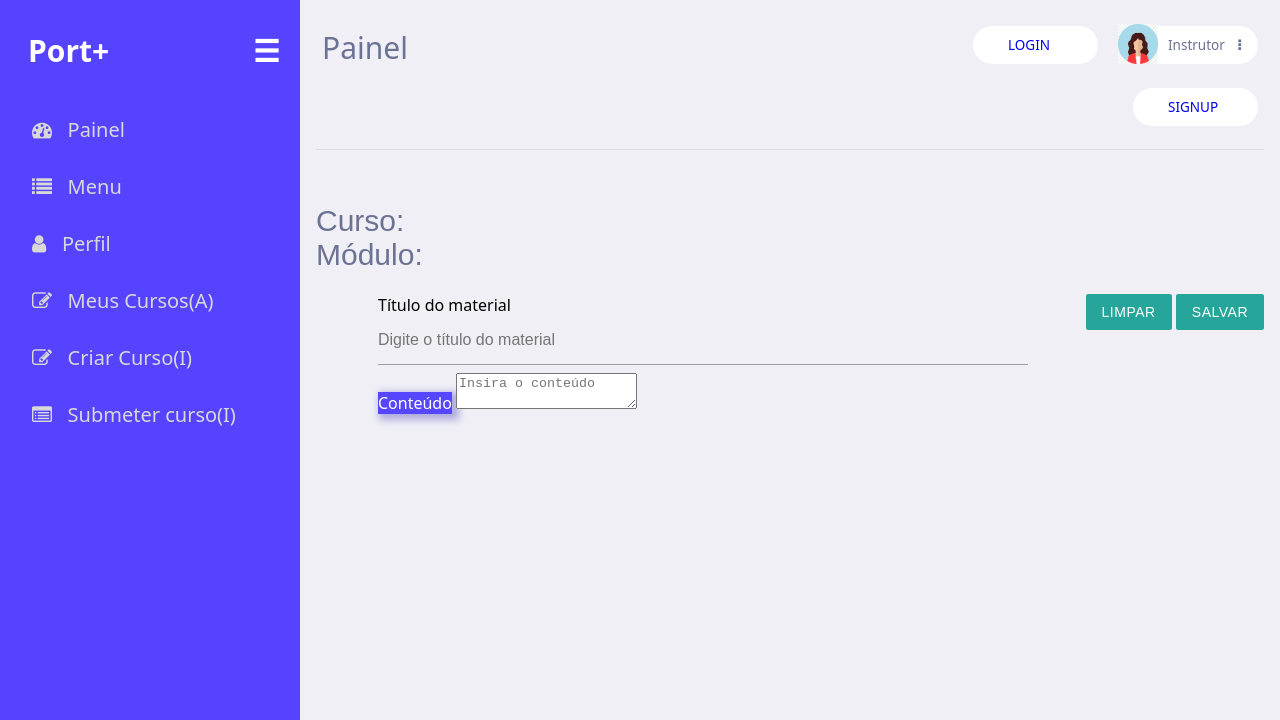
Repository: LauraMViana/Port-plus
Page: http://localhost/portPlus/criarCurso/addConteudo
The author's editor kept a copy of each file at every save. The page is drawn from the files as they stood at one save, then again after the next save.
The browser window is 1280 px wide. The pictures show the whole page.
The page is this project's Thymeleaf template; nobody is signed in. The template is opened directly, without the code that normally fills it, so the values that code supplies are empty.

Above is the page before, as saved 2021-12-28 14:50:07.

### port/src/main/resources/templates/portPlus/criarCurso/addConteudo.html
<!DOCTYPE html >
<html xmlns:th="http://www.thymeleaf.org">
<head>
<meta charset="UTF-8">
<!-- Compiled and minified CSS -->
<!--
<link rel="stylesheet"
	href="https://cdnjs.cloudflare.com/ajax/libs/materialize/1.0.0/css/materialize.min.css"> -->
<link href="https://fonts.googleapis.com/icon?family=Material+Icons"
	rel="stylesheet">
<link rel="stylesheet" href="/Style.css">
<link rel="stylesheet"
	href="https://cdnjs.cloudflare.com/ajax/libs/font-awesome/4.7.0/css/font-awesome.min.css">
<title>PortPlus</title>
</head>
<body>
	<div th:insert="~{menu :: menu}"></div>
	<div id="main">
		<h6>
			Curso: <span th:text="${curso.titulo}"></span> <br>Módulo: <span
				th:text="${modulo.tituloMod}"></span>
		</h6>
		<br>
		<form
			th:action="@{/portPlus/criarCurso/{idC}/{idMod} (idC=${curso.id},idMod=${modulo.id})}"
			method="post">
			<div class="input-field col s9">
				<label for="tituloM">Título do material</label><input
					placeholder="Digite o título do material" id="tituloM" type="text"
					pattern="[a-zA-Z0-9_?!&%$()-]+" class="validate"
					th:field="${material.tituloMat}">
				<div>
					<label for="mc" class="active">Conteúdo</label>
					<textarea placeholder="Insira o conteúdo" id="mc" class="validate"
						th:field="${material.conteudo}"></textarea>
				</div>
			</div>
			<div id="btn">
				<button class="btn waves-effect waves-light align-center"
					type="reset" name="action">Limpar</button>
				<button class="btn waves-effect waves-light align-center"
					type="submit" name="action">Salvar</button>
			</div>
		</form>
	</div>
	<script
		src="https://ajax.googleapis.com/ajax/libs/jquery/3.5.1/jquery.min.js"></script>
	<script>
		$(".menu").click(function() {
			$("#mySidenav").css('width', '70px');
			$("#main").css('margin-left', '70px');
			$(".logo").css('display', 'none');
			$(".logo1").css('display', 'block');
			$(".logo span").css('visibility', 'visible');
			$(".logo span").css('margin-left', '-10px');
			$(".icon-a").css('visibility', 'hidden');
			$(".icon-a").css('height', '25px');
			$(".icons").css('visibility', 'visible');
			$(".icons").css('margin-left', '-8px');
			$(".menu1").css('display', 'block');
			$(".menu").css('display', 'none');
		});

		$(".menu1").click(function() {
			$("#mySidenav").css('width', '300px');
			$("#main").css('margin-left', '300px');
			$(".logo").css('visibility', 'visible');
			$(".logo").css('display', 'block');
			$(".icon-a").css('visibility', 'visible');
			$(".icons").css('visibility', 'visible');
			$(".menu").css('display', 'block');
			$(".menu1").css('display', 'none');
		});
	</script>
	<script>
		$(document).ready(function() {
			$(".profile p").click(function() {
				$(".profile-div").toggle();
			});
		});
	</script>
</body>
</body>
</html>

### port/src/main/resources/templates/menu.html
<!DOCTYPE html >
<html xmlns:th="http://www.thymeleaf.org">
<head>
<meta charset="UTF-8">
<link rel="stylesheet" href="/Style.css" type="text/css" />
<link rel="stylesheet"
	href="https://cdnjs.cloudflare.com/ajax/libs/font-awesome/4.7.0/css/font-awesome.min.css">
<title>Port+</title>
</head>
<body>
	<div th:fragment="menu">
		<div id="mySidenav" class="sidenav">
			<p class="logo">
				Port+ <span class="menu">&#9776;</span>
			</p>
			<p class="logo1">
				<span class="menu1">&#9776;</span>
			</p>
			<a href="/" class="icon-a"> <i class="fa fa-dashboard icons"></i>
				&nbsp;&nbsp;Painel
			</a> <a href="/" class="icon-a"><i class="fa fa-list icons"></i>
				&nbsp;&nbsp;Menu</a> <a href="#" class="icon-a"><i
				class="fa fa-user icons"></i> &nbsp;&nbsp;Perfil</a> <a
				href="/portPlus/criarCurso" class="icon-a"><i
				class="fa fa-edit icons"></i> &nbsp;&nbsp;Meus Cursos(A)</a> <a
				href="/portPlus/criarCurso" class="icon-a"><i
				class="fa fa-edit icons"></i> &nbsp;&nbsp;Criar Curso(I)</a><a
				href="/portPlus/meusCursos" class="icon-a"><i
				class="fa fa-list-alt icons"></i> &nbsp;&nbsp;Submeter curso(I)</a>
		</div>

		<div id="main">
			<div class="head">
				<div class="col-div-6">
					<p class="nav">Painel</p>
				</div>
				<div class="col-div-6">
					<div class="profile">
						<img src="/Imagens/usuario.png" class="pro-img circle" />
						<p>
							Instrutor <i class="fa fa-ellipsis-v dots" aria-hidden="true"></i>
						</p>
						<div class="profile-div">
							<p>
								<a href="#" class="icon-a"><i class="fa fa-user"></i>
									&nbsp;&nbsp;Perfil
							</p>
							<p>
								<i class="fa fa-power-off"></i> &nbsp;&nbsp;Sair
							</p>
						</div>
					</div>
					<div class="login">
						<p>
							<a href="/portPlus/login">LOGIN</a>
						</p>
						<p>
							<a href="/portPlus/signup">SIGNUP</a>
						</p>
					</div>
				</div>
				<div class="clearfix"></div>
			</div>
			<div class="clearfix"></div>
			<br />
		</div>
	</div>
	<script
		src="https://ajax.googleapis.com/ajax/libs/jquery/3.5.1/jquery.min.js"></script>
	<script>
		$(".menu").click(function() {
			$("#mySidenav").css('width', '70px');
			$("#main").css('margin-left', '70px');
			$(".logo").css('display', 'none');
			$(".logo1").css('display', 'block');
			$(".logo span").css('visibility', 'visible');
			$(".logo span").css('margin-left', '-10px');
			$(".icon-a").css('visibility', 'hidden');
			$(".icon-a").css('height', '25px');
			$(".icons").css('visibility', 'visible');
			$(".icons").css('margin-left', '-8px');
			$(".menu1").css('display', 'block');
			$(".menu").css('display', 'none');
		});

		$(".menu1").click(function() {
			$("#mySidenav").css('width', '300px');
			$("#main").css('margin-left', '300px');
			$(".logo").css('visibility', 'visible');
			$(".logo").css('display', 'block');
			$(".icon-a").css('visibility', 'visible');
			$(".icons").css('visibility', 'visible');
			$(".menu").css('display', 'block');
			$(".menu1").css('display', 'none');
		});
	</script>
	<script>
		$(document).ready(function() {
			$(".profile p").click(function() {
				$(".profile-div").toggle();

			});

			/* $(".noti-icon").click(function() {
					$(".notification-div").toggle();
				}); */

		});
	</script>
</body>
</html>

### port/src/main/resources/static/Style.css
/* Laura */
body {
	margin: 0px;
	padding: 0px;
	background-color: #efeff5;
	font-family: system-ui;
}

.clearfix {
	clear: both;
}

.logo {
	margin: 0px;
	margin-left: 28px;
	font-weight: bold;
	color: white;
	margin-bottom: 30px;
}

.sidenav {
	height: 100%;
	width: 300px;
	position: fixed;
	z-index: 1;
	top: 0;
	left: 0;
	background-color: #5643ff;
	overflow: hidden;
	padding-top: 30px;
	transition: ease-in-out 0.3s;
}

.menu {
	float: right;
	margin-right: 20px;
	cursor: pointer;
}

.logo1 {
	margin: 0px;
	margin-left: 20px;
	font-weight: bold;
	color: white;
	margin-bottom: 50px;
	display: none;
	cursor: pointer;
}

.menu1 {
	float: left;
	display: none;
}

.sidenav a {
	padding: 15px 8px 15px 32px;
	text-decoration: none;
	font-size: 20px;
	color: #d8d8d8;
	display: block;
}

.sidenav a:hover {
	color: #f1f1f1;
	background-color: #2c1ed6;
}

.sidenav {
	top: 0;
	right: 25px;
	font-size: 30px;
}

#main {
	padding: 16px;
	margin-left: 300px;
}

.head {
	padding: 0px 6px;
	border-bottom: 1px solid #d6d6d8b8;
	padding-bottom: 10px;
}

.col-div-6 {
	width: 50%;
	float: left;
}

.login p {
	color: #6c7293;
	font-weight: 500;
	margin-left: 35px;
	margin-top: 10px;
	font-size: 13.5px;
	background-color: white;
	padding: 10px;
	border-radius: 25px;
	padding-left: 35px;
	width: 80px;
	float: right;
	cursor: pointer;
}

.profile {
	display: inline-block;
	float: right;
	width: 160px;
}

.pro-img {
	float: left;
	width: 40px;
	margin-top: 8px;
	margin-left: 20px;
}

.profile p {
	color: #6c7293;
	font-weight: 500;
	margin-left: 35px;
	margin-top: 10px;
	font-size: 13.5px;
	background-color: white;
	padding: 10px;
	border-radius: 25px;
	padding-left: 35px;
	cursor: pointer;
}

.dots {
	margin-left: 10px;
}

.profile-div {
	background-color: white;
	width: 160px;
	border: 1px solid #ddd;
	padding: 10px 0px;
	right: 2%;
	border-radius: 5px;
	position: absolute;
	z-index: 9;
	display: none;
}

.profile-div:after {
	content: '';
	position: absolute;
	height: 10px;
	width: 10px;
	background-color: white;
	top: -6px;
	border-left: 1px solid #ddd;
	border-top: 1px solid #ddd;
	transform: rotate(45deg);
	right: 10%;
}

.profile-div p {
	margin: 0px;
	padding: 10px 20px;
}

.profile-div p:hover {
	margin: 0px;
	padding: 10px 20px;
	background-color: #5643ff;
	border-radius: 0px;
	color: white;
}

.notification-div {
	background-color: white;
	width: 240px;
	border: 1px solid #ddd;
	padding: 10px 0px;
	right: 16%;
	border-radius: 5px;
	top: 12%;
	position: absolute;
	z-index: 9;
	display: none;
}

.notification-div:after {
	content: '';
	position: absolute;
	height: 10px;
	width: 10px;
	background-color: white;
	top: -6px;
	border-left: 1px solid #ddd;
	border-top: 1px solid #ddd;
	transform: rotate(45deg);
	right: 10%;
}

.noti-head {
	display: block;
	margin: 0px;
	color: #6c7293;
}

.noti-head:hover {
	background-color: white !important;
	color: #6c7293 !important;
}

.noti-head span {
	position: absolute;
	right: 8%;
	top: 10%;
	background-color: #5643ff;
	padding: 1px 5px;
	color: white;
	border-radius: 20px;
}

.hr {
	margin: 0px;
	border: none;
	background-color: #ddd;
	height: 1px;
}

.notification-div p {
	margin: 0px;
	padding: 10px 20px;
	color: #6c7293;
}

.notification-div p span {
	font-size: 11px;
	display: block;
}

.notification-div p:hover {
	margin: 0px;
	padding: 10px 20px;
	background-color: #5643ff;
	border-radius: 0px;
	color: white;
}

.search-icon {
	position: absolute;
	right: 22%;
	top: 25px;
	background-color: white;
	padding: 13px;
	border-radius: 21px;
	color: #6c7293;
	cursor: pointer;
}

.noti-icon {
	position: absolute;
	right: 17%;
	top: 25px;
	background-color: #5643ff;
	padding: 13px;
	border-radius: 21px;
	color: #fff;
	cursor: pointer;
}

.noti-icon:after {
	content: '';
	height: 5px;
	width: 5px;
	border-radius: 5px;
	top: 5px;
	left: 20px;
	position: absolute;
	background-color: red;
}

.col-div-4-1 {
	width: 33.3%;
	float: left;
}

.box {
	width: 88%;
	height: 480px;
	background-color: #ffffff;
	margin-left: 10px;
	padding: 10px;
	box-shadow: 2px 5px 10px #ddd;
	position: relative;
}

.box p {
	color: #6c7293;
	font-weight: 500;
	padding-left: 10px;
}

.number {
	font-size: 35px;
	margin-bottom: 0px;
	margin-top: 20px;
}

.percent {
	margin: 0px;
	font-size: 14px;
	color: #37bf37 !important;
}

.percent span {
	font-size: 12px;
	color: #9398b1;
	padding-left: 3px;
}

.head-1 {
	font-size: 18px !important;
	margin: 10px 0px;
	color: #6c7293;
}

.head-1 span {
	float: right;
	background-color: #5643ff;
	color: white;
	padding: 3px 10px;
	font-size: 15px;
}

.box-icon {
	font-size: 20px !important;
	margin-top: 35px !important;
	color: #5643ff;
	padding-right: 10px;
	background-color: #efeff5;
	padding: 15px;
	border-radius: 25px;
	position: absolute;
	right: 16px;
	top: -18px;
}

.box-1 {
	width: 88%;
	height: 282px;
	background-color: #ffffff;
	margin-left: 10px;
	padding: 10px;
	box-shadow: 2px 5px 10px #ddd;
	position: relative;
}

.m-box {
	color: #6c7293;
	position: relative;
	padding: 0px 12px;
}

.active {
	background-color: #5646ff;
	color: white;
	box-shadow: 4px 3px 7px 3px #3226ad54;
}

.active .no-1 {
	color: #ddd !important;
}

.m-box p {
	display: inline-block;
	margin: 10px 0px;
}

.no {
	position: absolute !important;
	top: 21px;
	right: 15px;
	font-weight: 500;
}

.no-1 {
	font-size: 12px;
	color: #9398b1;
}

.act-p {
	font-size: 13px;
	color: #6c7293;
}

.act-p .fa {
	color: orange !important;
}

.content-box-1 {
	padding: 0px 10px;
}

.col-div-12 {
	width: 100%;
}

.col-div-4 {
	width: 30%;
	float: left;
}

.content-box {
	padding: 20px;
}

.content-box p {
	margin: 0px;
	font-size: 20px;
	color: #6c7293;
}

.content-box p span {
	float: right;
	background-color: #5643ff;
	color: white;
	padding: 3px 10px;
	font-size: 15px;
}

.box-8 {
	width: 97.8%;
	background-color: #fff;
	height: 330px;
}

.nav {
	font-size: 30px;
	cursor: pointer;
	color: #6c7293;
	margin: 11px 0px;
}

.box-8 {
	margin-left: 10px;
}

td, th {
	border: 1px solid #dddddd;
	text-align: left;
	padding: 10px;
}

tr:nth-child(even) {
	background-color: #5643ff29;
	color: #6c7293 !important;
}

.circle-wrap {
	margin: 50px auto;
	width: 150px;
	height: 150px;
	background: #e6e2e7;
	border-radius: 50%;
}

.circle-wrap .circle .mask, .circle-wrap .circle .fill {
	width: 150px;
	height: 150px;
	position: absolute;
	border-radius: 50%;
}

.circle-wrap .circle .mask {
	clip: rect(0px, 150px, 150px, 75px);
}

.circle-wrap .circle .mask .fill {
	clip: rect(0px, 75px, 150px, 0px);
	background-color: #5646ff;
}

.circle-wrap .circle .mask.full, .circle-wrap .circle .fill {
	animation: fill ease-in-out 3s;
	transform: rotate(126deg);
}

@
keyframes fill { 0% {
	transform: rotate(0deg);
}

100










%
{
transform










:










rotate








(










126deg










)








;
}
}
.circle-wrap .inside-circle {
	width: 130px;
	height: 130px;
	border-radius: 50%;
	background: #fff;
	line-height: 130px;
	text-align: center;
	margin-top: 10px;
	margin-left: 10px;
	position: absolute;
	z-index: 100;
	font-weight: 700;
	font-size: 2em;
	color: #6c7293;
}

/* Thais */
h1 {
	font-weight: 400;
	font-family: Century Gothic, Arial, Helvetica, sans-serif;
	color: #6c7293;
	font-size: calc(1.044375rem + 1.7325vw);
}

h4, h6 {
	font-weight: 100;
	font-family: Century Gothic, Arial, Helvetica, sans-serif;
	color: #6c7293;
	font-size: 30px;
	margin: 0px;
}

a {
	text-decoration: none;
}

#btn {
	text-align: right;
}

/*Apresente material  */
.mod-title {
	font-size: 30px;
	color: #d8d8d8;
}

/* Index  */
.box-mod {
	width: 88%;
	height: 30px;
	background-color: #dfdfdf;
	margin-left: 10px;
	padding: 10px;
	position: relative;
	margin-left: 10px;
	padding: 10px;
	border-top: 1px solid #d7dfe3;
	margin-left: 10px;
	margin-bottom: 15px;
}

.box-mod p {
	color: #6c7293;
	font-weight: 500;
	margin: 0px;
	padding: 10px;
	width: 105px;
	margin-left: 90px;
}
/* blocos de curso ou modulos  */
.col-div-4-2 {
	width: 25%;
	float: left;
}

.card.small .card-image+.card-content, .card.medium .card-image+.card-content,
	.card.large .card-image+.card-content {
	max-height: 40%;
}

.card.small .card-content, .card.medium .card-content, .card.large .card-content
	{
	max-height: 100%;
	overflow: hidden;
}

.card .card-content {
	padding: 24px;
	border-radius: 0 0 2px 2px;
}

.card .card-image img {
	display: block;
	border-radius: 2px 2px 0 0;
	position: relative;
	left: 0;
	right: 0;
	top: 0;
	bottom: 0;
	width: 100%;
}

img {
	border-style: none;
}

.card.small .card-image, .card.medium .card-image, .card.large .card-image
	{
	max-height: 60%;
	overflow: hidden;
}

.card .card-image {
	position: relative;
}

.card.small {
	height: 300px;
}

.card.small, .card.medium, .card.large {
	position: relative;
}

.card {
	margin-left: 10px;
	box-shadow: 2px 5px 10px #ddd;
	position: relative;
	height: 250px;
	background-color: #fff;
	-webkit-transition: -webkit-box-shadow .25s;
	transition: -webkit-box-shadow .25s;
	transition: box-shadow .25s;
	transition: box-shadow .25s, -webkit-box-shadow .25s;
	border-radius: 2px;
}

.card {
	position: relative;
	margin: 0.5rem 0 1rem 0;
	background-color: #fff;
	-webkit-transition: -webkit-box-shadow .25s;
	transition: -webkit-box-shadow .25s;
	transition: box-shadow .25s;
	transition: box-shadow .25s, -webkit-box-shadow .25s;
	border-radius: 2px;
}

.image {
	display: block;
	position: relative;
	left: 0;
	right: 0;
	top: 0;
	bottom: 0;
	width: 100%;
	max-height: 70%;
	overflow: hidden;
	max-height: 70%;
	right: 0;
	top: 0;
	bottom: 0;
}

.card {
	margin-left: 10px;
	box-shadow: 2px 5px 10px #ddd;
	position: relative;
	height: 250px;
	background-color: #fff;
	-webkit-transition: -webkit-box-shadow .25s;
	transition: -webkit-box-shadow .25s;
	transition: box-shadow .25s;
	transition: box-shadow .25s, -webkit-box-shadow .25s;
	border-radius: 2px;
}

.card-title-mod {
	display: block;
	line-height: 32px;
	margin-bottom: 8px;
	font-size: 24px;
	font-weight: 300;
}
/* descriçao do curso  */
.mod-d {
	font-size: 18px !important;
	margin: 10px 0px;
	color: #6c7293;
	text-align: justify;
}

/* Pag apresentação Material */
aside {
	width: 260px;
	float: right;
	margin-right: 20px;
	border: 1px solid black;
}

.conteudo {
	padding-left: 15px;
	width: 700px;
	float: left;
	height: 415px;
	text-align: justify;
}

.card.lista {
	background-color: #5643ff;
	width: 259.5px;
	height: 50px;
	text-align: center;
	padding: 5px 0px 5px 0px;
	margin: 0px;
}

.lista li {
	padding: 15px 8px 15px 32px;
	text-decoration: none;
	font-size: 20px;
	color: #d8d8d8;
	display: block;
	text-align: justify;
}

.lista li:hover {
	color: #f1f1f1;
	background-color: #5643ff;
}

.lista a:hover {
	color: #f1f1f1;
	background-color: #5643ff;
}

ul {
	padding: 0px;
	margin: 0px;
	list-style-type: none;
}

textarea.materialize-textarea.texto {
	height: 12rem;
}

input:not([type]), input[type="text"]:not(.browser-default), input[type="url"]:not(.browser-default),
	input[type="number"]:not(.browser-default), textarea.materialize-textarea
	{
	background-color: transparent;
	border-top-width: initial;
	border-right-width: initial;
	border-left-width: initial;
	border-top-color: initial;
	border-right-color: initial;
	border-left-color: initial;
	height: 3rem;
	width: 100%;
	font-size: 16px;
	box-shadow: none;
	box-sizing: content-box;
	border-style: none none solid;
	border-image: initial;
	border-bottom: 1px solid rgb(158, 158, 158);
	border-radius: 0px;
	outline: none;
	margin: 0px 0px 8px;
	padding: 0px;
	transition: box-shadow 0.3s ease 0s, border 0.3s ease 0s,
		-webkit-box-shadow 0.3s ease 0s;
}

form {
	padding-left: 50px;
}

.dados-do-curso, .listarCriarMod {
	padding-left: 50px;
}

.s2 {
	width: 20%;
	display: inline;
}

.col.s3 {
	width: 25%;
	margin-left: auto;
	left: auto;
	right: auto;
}

.col.s4 {
	width: 33.3333333333%;
	margin-left: auto;
	left: auto;
	right: auto;
}

.col.s5 {
	width: 41.6666666667%;
	margin-left: auto;
	left: auto;
	right: auto;
}

.col.s6 {
	width: 50%;
	margin-left: auto;
	left: auto;
	right: auto;
}

.col.s9 {
	width: 75%;
	margin-left: auto;
	left: auto;
	right: auto;
}

.col.s12 {
	width: 100%;
	margin-left: auto;
	left: auto;
	right: auto;
}

.col.s12.cont {
	padding-bottom: 20px;
}

.col {
	float: left;
	-webkit-box-sizing: border-box;
	box-sizing: border-box;
	padding: 0 0.75rem;
	min-height: 1px;
}

.s10 {
	width: 80%;
	margin-left: auto;
	left: auto;
	right: auto;
}

.btn {
	text-decoration: none;
	color: #fff;
	background-color: #26a69a;
	text-align: center;
	letter-spacing: .5px;
	-webkit-transition: background-color .2s ease-out;
	transition: background-color .2s ease-out;
	cursor: pointer;
	border: none;
	border-radius: 2px;
	display: inline-block;
	height: 36px;
	line-height: 36px;
	padding: 0 16px;
	text-transform: uppercase;
	font-size: 14px;
	outline: 0;
	font-size: 14px;
}

.waves-effect {
	position: relative;
	cursor: pointer;
	display: inline-block;
	overflow: hidden;
	-webkit-user-select: none;
	-moz-user-select: none;
	-ms-user-select: none;
	user-select: none;
	-webkit-tap-highlight-color: transparent;
	vertical-align: middle;
	z-index: 1;
	-webkit-transition: .3s ease-out;
	transition: .3s ease-out;
}

.modal.modal-fixed-footer {
	padding: 0;
	height: 70%;
}

.modal {
	display: none;
	position: fixed;
	left: 0;
	right: 0;
	background-color: #fafafa;
	padding: 0;
	max-height: 70%;
	width: 55%;
	margin: auto;
	overflow-y: auto;
	border-radius: 2px;
	will-change: top, opacity;
}

.modal.modal-fixed-footer {
	padding: 0;
	height: 70%;
}

.modal {
	display: none;
	position: fixed;
	left: 0;
	right: 0;
	background-color: #fafafa;
	padding: 0;
	max-height: 70%;
	width: 55%;
	margin: auto;
	overflow-y: auto;
	border-radius: 2px;
	will-change: top, opacity;
}

.z-depth-5, .modal {
	-webkit-box-shadow: 0 24px 38px 3px rgb(0 0 0/ 14%), 0 9px 46px 8px
		rgb(0 0 0/ 12%), 0 11px 15px -7px rgb(0 0 0/ 20%);
	box-shadow: 0 24px 38px 3px rgb(0 0 0/ 14%), 0 9px 46px 8px
		rgb(0 0 0/ 12%), 0 11px 15px -7px rgb(0 0 0/ 20%);
}

.collapsible {
	border-top: 1px solid #ddd;
	border-right: 1px solid #ddd;
	border-left: 1px solid #ddd;
	margin: 0.5rem 0 1rem 0;
}

.collapsible-header {
	display: -webkit-box;
	display: -webkit-flex;
	display: -ms-flexbox;
	display: flex;
	-webkit-tap-highlight-color: transparent;
	line-height: 1.5;
	padding: 1rem;
	background-color: #fff;
	border-bottom: 1px solid #ddd;
	display: -webkit-box;
	display: -webkit-flex;
	display: -ms-flexbox;
	display: flex;
	cursor: pointer;
	-webkit-tap-highlight-color: transparent;
	line-height: 1.5;
	padding: 1rem;
	background-color: #fff;
	border-bottom: 1px solid #ddd;
}

.optCont {
	display: inline-block;
	float: right;
	width: 160px;
}

.optCont a {
	cursor: pointer;
}

.opt {
	background-color: white;
	width: 100px;
	border: 1px solid #ddd;
	padding: 10px 0px;
	right: 10%;
	border-radius: 5px;
	position: absolute;
	z-index: 9;
	display: none;
}

.opt p {
	margin: 0px;
	padding: 10px 20px;
}

.opt p:hover {
	margin: 0px;
	padding: 10px 20px;
	background-color: #5643ff;
	border-radius: 0px;
	color: white;
}

.modal.modal-fixed-footer {
	height: 40%;
	width: 40%;
}

.modal .modal-content {
	padding: 65px 24px 24px 75px;
}

After the next save:
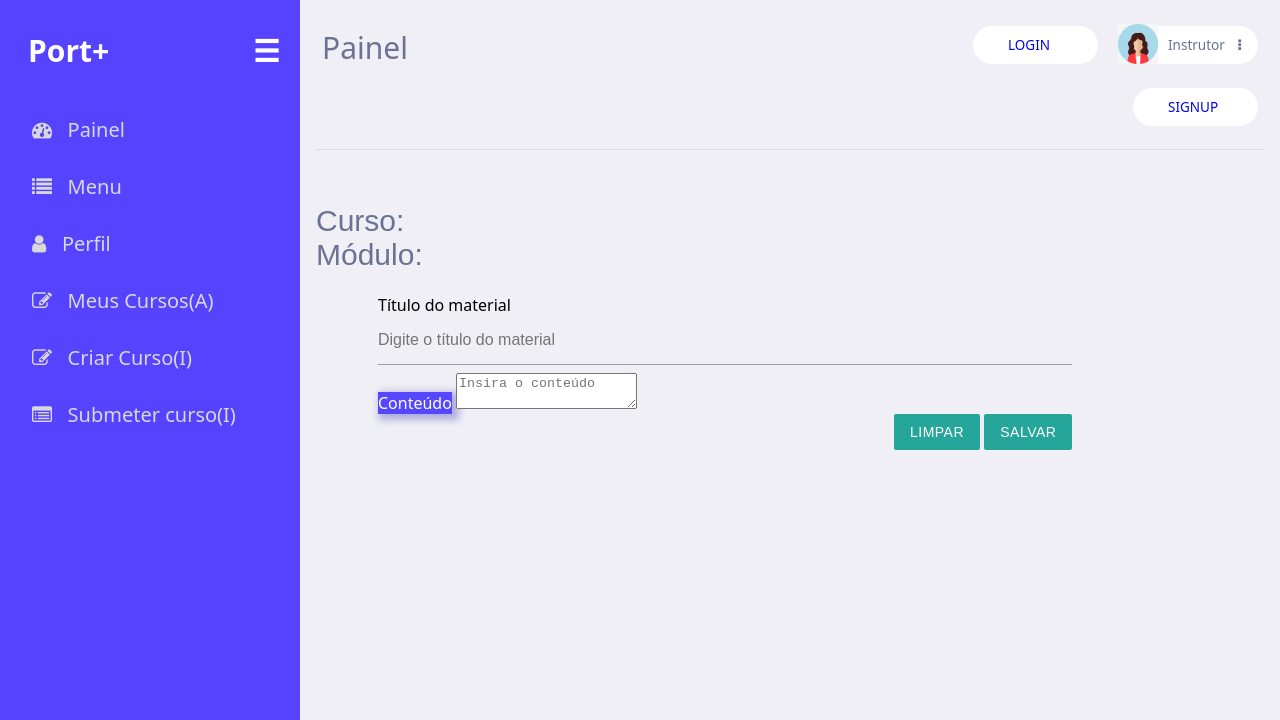
Saved 34 s later.
--- a/port/src/main/resources/templates/portPlus/criarCurso/addConteudo.html
+++ b/port/src/main/resources/templates/portPlus/criarCurso/addConteudo.html
@@ -24,7 +24,7 @@
 		<form
 			th:action="@{/portPlus/criarCurso/{idC}/{idMod} (idC=${curso.id},idMod=${modulo.id})}"
 			method="post">
-			<div class="input-field col s9">
+			<div class="input-field col s10">
 				<label for="tituloM">Título do material</label><input
 					placeholder="Digite o título do material" id="tituloM" type="text"
 					pattern="[a-zA-Z0-9_?!&%$()-]+" class="validate"
@@ -35,7 +35,7 @@
 						th:field="${material.conteudo}"></textarea>
 				</div>
 			</div>
-			<div id="btn">
+			<div class="col s10"id="btn">
 				<button class="btn waves-effect waves-light align-center"
 					type="reset" name="action">Limpar</button>
 				<button class="btn waves-effect waves-light align-center"
